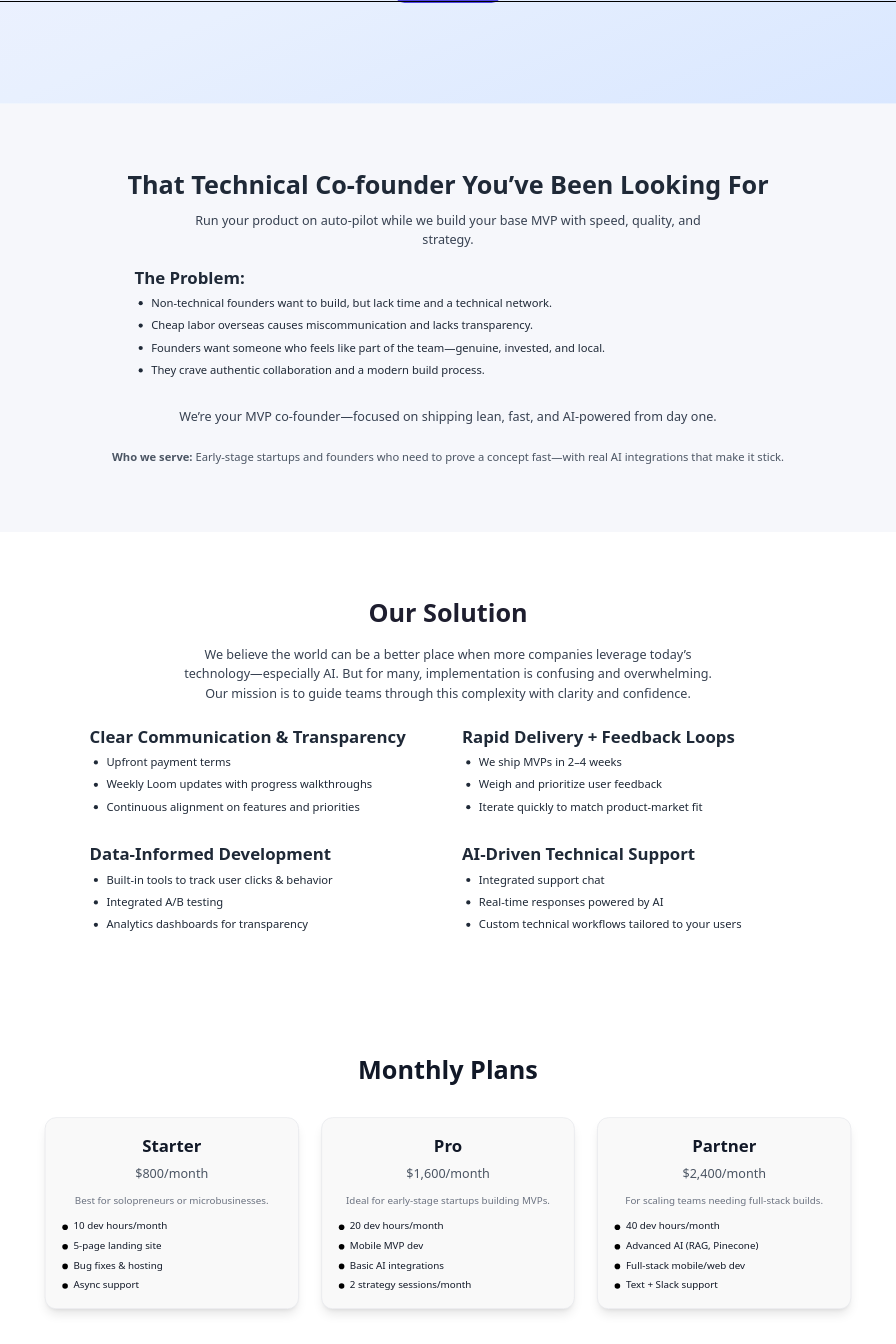
Repository: kayacancode/kayacancode-agency
Page: /business-workflows
These files come from the project's save history. The page is drawn as it stood at one moment and after the next save; the edit follows.
The browser window is 1280 px wide. The pictures show the part of the page from y = 363 to 2283 px (the page is 3189 px tall before and 3125 px after), at 70% of full size.
The project was rebuilt for these pictures with package versions that can differ from the ones it lists, and the page was loaded fresh each time.

Above is the page before, as saved 2025-04-22 14:17:49.

### src/App.js
import React from 'react';
import { motion } from 'framer-motion';
import { useState } from 'react';

export default function AgencyLandingPage() {
  const testimonials = [
    {
      author: 'Kontji Anthony, Founder @ Youdle',
      text: 'Working with Kayacancode was the smartest move we made. The systems just work, and the execution was fast, flexible, and founder-friendly.',
    },
    {
      author: 'Placeholder Name, Startup X',
      text: 'This is a placeholder testimonial for future video or text-based feedback. It will rotate in a slider style.',
    },
    {
      author: 'Placeholder Name, Startup Y',
      text: 'Another client placeholder testimonial. Consider embedding a short video clip here in the future.',
    },
  ];

  const [index, setIndex] = useState(0);


  const goToTestimonial = (i) => {
    setIndex(i);
  };
  return (
    <div className="min-h-screen bg-[#fdfcfa] text-gray-900 font-sans">
      {/* Hero Section */}
      <section className="px-6 py-36 bg-gradient-to-br from-[#f2f2ff] via-[#e8f0fe] to-[#d9e7ff] text-center">
        <motion.h1
          initial={{ opacity: 0, y: 30 }}
          animate={{ opacity: 1, y: 0 }}
          transition={{ duration: 1 }}
          className="text-6xl font-extrabold text-[#1e1e2f] max-w-5xl mx-auto leading-tight"
        >
          Build Fast. Launch Smart.
        </motion.h1>
        <motion.p
          initial={{ opacity: 0, y: 20 }}
          animate={{ opacity: 1, y: 0 }}
          transition={{ delay: 0.3, duration: 1 }}
          className="mt-6 text-xl text-[#3a3a4f] max-w-3xl mx-auto"
        >
          AI-Powered Product & App Development for Startups, Creatives, and Founders
        </motion.p>
        <motion.button
          initial={{ opacity: 0, y: 20 }}
          animate={{ opacity: 1, y: 0 }}
          transition={{ delay: 0.5, duration: 0.8 }}
          className="mt-10 px-8 py-4 bg-[#4f46e5] text-white rounded-2xl font-semibold hover:bg-[#4338ca] transition"
        >
          Get Started
        </motion.button>
      </section>


      {/* Pain Point Section */}
      <motion.section
        initial={{ opacity: 0 }}
        whileInView={{ opacity: 1 }}
        viewport={{ once: true }}
        transition={{ duration: 1 }}
        className="px-6 py-24 bg-[#f6f7fb] text-center"
      >
        <h2 className="text-4xl font-bold mb-4 text-[#1f2937]">That Technical Co-founder You’ve Been Looking For</h2>
        <p className="text-lg text-gray-700 max-w-3xl mx-auto mb-6">
          Run your product on auto-pilot while we build your base MVP with speed, quality, and strategy.
        </p>
        <div className="max-w-4xl mx-auto text-left text-gray-800">
          <h3 className="text-2xl font-semibold mb-2">The Problem:</h3>
          <ul className="list-disc ml-6 space-y-2">
            <li>Non-technical founders want to build, but lack time and a technical network.</li>
            <li>Cheap labor overseas causes miscommunication and lacks transparency.</li>
            <li>Founders want someone who feels like part of the team—genuine, invested, and local.</li>
            <li>They crave authentic collaboration and a modern build process.</li>
          </ul>
        </div>
        <div className="mt-10 text-lg text-gray-700">

          <p className="mt-4">We’re your MVP co-founder—focused on shipping lean, fast, and AI-powered from day one.</p>
        </div>
        <div className="mt-8 text-gray-600">
          <p><strong>Who we serve:</strong> Early-stage startups and founders who need to prove a concept fast—with real AI integrations that make it stick.</p>
        </div>
      </motion.section>
      <motion.section
        initial={{ opacity: 0 }}
        whileInView={{ opacity: 1 }}
        viewport={{ once: true }}
        transition={{ duration: 1 }}
        className="px-6 py-24 bg-white text-center"
      >
        <h2 className="text-4xl font-bold text-[#1e1e2f] mb-6">Our Solution</h2>
        <p className="text-lg max-w-3xl mx-auto text-gray-700 mb-8">
          We believe the world can be a better place when more companies leverage today’s technology—especially AI. But for many, implementation is confusing and overwhelming. Our mission is to guide teams through this complexity with clarity and confidence.
        </p>
        <div className="max-w-5xl mx-auto grid grid-cols-1 md:grid-cols-2 gap-10 text-left text-gray-800">
          <div>
            <h3 className="text-2xl font-semibold mb-2">Clear Communication & Transparency</h3>
            <ul className="list-disc ml-6 space-y-2">
              <li>Upfront payment terms</li>
              <li>Weekly Loom updates with progress walkthroughs</li>
              <li>Continuous alignment on features and priorities</li>
            </ul>
          </div>
          <div>
            <h3 className="text-2xl font-semibold mb-2">Rapid Delivery + Feedback Loops</h3>
            <ul className="list-disc ml-6 space-y-2">
              <li>We ship MVPs in 2–4 weeks</li>
              <li>Weigh and prioritize user feedback</li>
              <li>Iterate quickly to match product-market fit</li>
            </ul>
          </div>
          <div>
            <h3 className="text-2xl font-semibold mb-2">Data-Informed Development</h3>
            <ul className="list-disc ml-6 space-y-2">
              <li>Built-in tools to track user clicks & behavior</li>
              <li>Integrated A/B testing</li>
              <li>Analytics dashboards for transparency</li>
            </ul>
          </div>
          <div>
            <h3 className="text-2xl font-semibold mb-2">AI-Driven Technical Support</h3>
            <ul className="list-disc ml-6 space-y-2">
              <li>Integrated support chat</li>
              <li>Real-time responses powered by AI</li>
              <li>Custom technical workflows tailored to your users</li>
            </ul>
          </div>
        </div>
      </motion.section>

      {/* Plans Section */}
      <section className="px-6 py-20 bg-white text-center">
        <h2 className="text-4xl font-bold mb-12">Monthly Plans</h2>
        <div className="grid grid-cols-1 md:grid-cols-3 gap-8 max-w-6xl mx-auto">
          {[
            {
              title: 'Starter',
              price: '$800/month',
              description: 'Best for solopreneurs or microbusinesses.',
              features: [
                '10 dev hours/month',
                '5-page landing site',
                'Bug fixes & hosting',
                'Async support',
              ],
            },
            {
              title: 'Pro',
              price: '$1,600/month',
              description: 'Ideal for early-stage startups building MVPs.',
              features: [
                '20 dev hours/month',
                'Mobile MVP dev',
                'Basic AI integrations',
                '2 strategy sessions/month',
              ],
            },
            {
              title: 'Partner',
              price: '$2,400/month',
              description: 'For scaling teams needing full-stack builds.',
              features: [
                '40 dev hours/month',
                'Advanced AI (RAG, Pinecone)',
                'Full-stack mobile/web dev',
                'Text + Slack support',
              ],
            },
          ].map((plan, idx) => (
            <div key={idx} className="bg-[#f9f9f9] shadow-lg rounded-2xl p-6 border hover:shadow-xl transition">
              <h3 className="text-2xl font-semibold mb-2">{plan.title}</h3>
              <p className="text-lg text-gray-600 mb-4">{plan.price}</p>
              <p className="text-sm text-gray-500 mb-4">{plan.description}</p>
              <ul className="text-left space-y-2 text-sm">
                {plan.features.map((f, i) => (
                  <li key={i} className="flex items-start">
                    <span className="w-2 h-2 mt-2 mr-2 bg-black rounded-full" /> {f}
                  </li>
                ))}
              </ul>
            </div>
          ))}
        </div>
      </section>

      {/* Case Study Section */}
      <section className="px-6 py-20 bg-[#ffffff] text-center">
        <h2 className="text-4xl font-bold mb-10">Case Study: Thryve AI</h2>
        <div className="max-w-4xl mx-auto text-lg text-gray-700">
          <p>
            We developed a complete AI-powered platform for Thryve AI — including a personalized eLearning engine, AI chatbot, brand-user matchmaking system, and user profile infrastructure. Our tech stack featured OpenAI, Pinecone, Supabase, and Next.js, delivering a scalable and intelligent experience from the ground up.
          </p>
        </div>
      </section>

      {/* Testimonial Section */}

      {/* Testimonial Section */}
      <motion.section
        initial={{ opacity: 0 }}
        whileInView={{ opacity: 1 }}
        viewport={{ once: true }}
        transition={{ duration: 1 }}
        className="px-6 py-24 bg-[#f0f4f8] text-center"
      >
        <h2 className="text-4xl font-bold text-[#1e1e2f] mb-4">Don’t take our word for it</h2>
        <p className="text-gray-600 mb-12">Here’s what our clients have to say.</p>
        <div className="max-w-3xl mx-auto p-8 bg-white rounded-xl shadow-md transition-all">
          <p className="italic text-lg text-gray-800 mb-6">“{testimonials[index].text}”</p>
          <p className="font-semibold text-[#4f46e5]">{testimonials[index].author}</p>
        </div>
        <div className="flex justify-center gap-2 mt-6">
          {testimonials.map((_, i) => (
            <button
              key={i}
              onClick={() => goToTestimonial(i)}
              className={`w-3 h-3 rounded-full transition ${
                i === index ? 'bg-[#4f46e5]' : 'bg-gray-400'
              }`}
            />
          ))}
        </div>
      </motion.section>
    </div>
  );
}

Loaded but not shown: public/index.html (common file); src/index.js (common file); src/index.css (common file); src/reportWebVitals.js (common file); tailwind.config.js (common file)

After the next save:
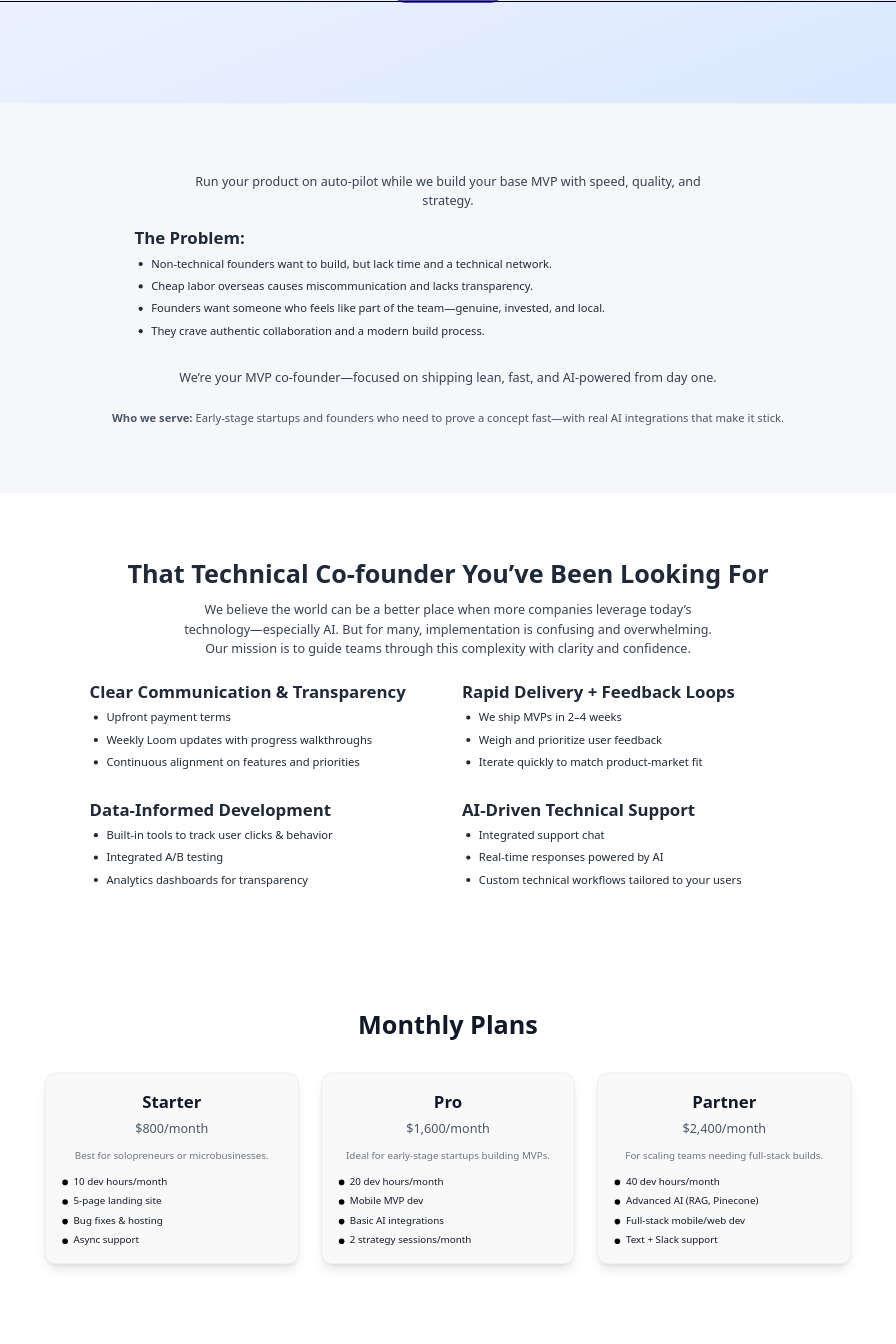
Saved 44 s later.
--- a/src/App.js
+++ b/src/App.js
@@ -63,7 +63,6 @@
         transition={{ duration: 1 }}
         className="px-6 py-24 bg-[#f6f7fb] text-center"
       >
-        <h2 className="text-4xl font-bold mb-4 text-[#1f2937]">That Technical Co-founder You’ve Been Looking For</h2>
         <p className="text-lg text-gray-700 max-w-3xl mx-auto mb-6">
           Run your product on auto-pilot while we build your base MVP with speed, quality, and strategy.
         </p>
@@ -91,7 +90,7 @@
         transition={{ duration: 1 }}
         className="px-6 py-24 bg-white text-center"
       >
-        <h2 className="text-4xl font-bold text-[#1e1e2f] mb-6">Our Solution</h2>
+        <h2 className="text-4xl font-bold mb-4 text-[#1f2937]">That Technical Co-founder You’ve Been Looking For</h2>
         <p className="text-lg max-w-3xl mx-auto text-gray-700 mb-8">
           We believe the world can be a better place when more companies leverage today’s technology—especially AI. But for many, implementation is confusing and overwhelming. Our mission is to guide teams through this complexity with clarity and confidence.
         </p>
